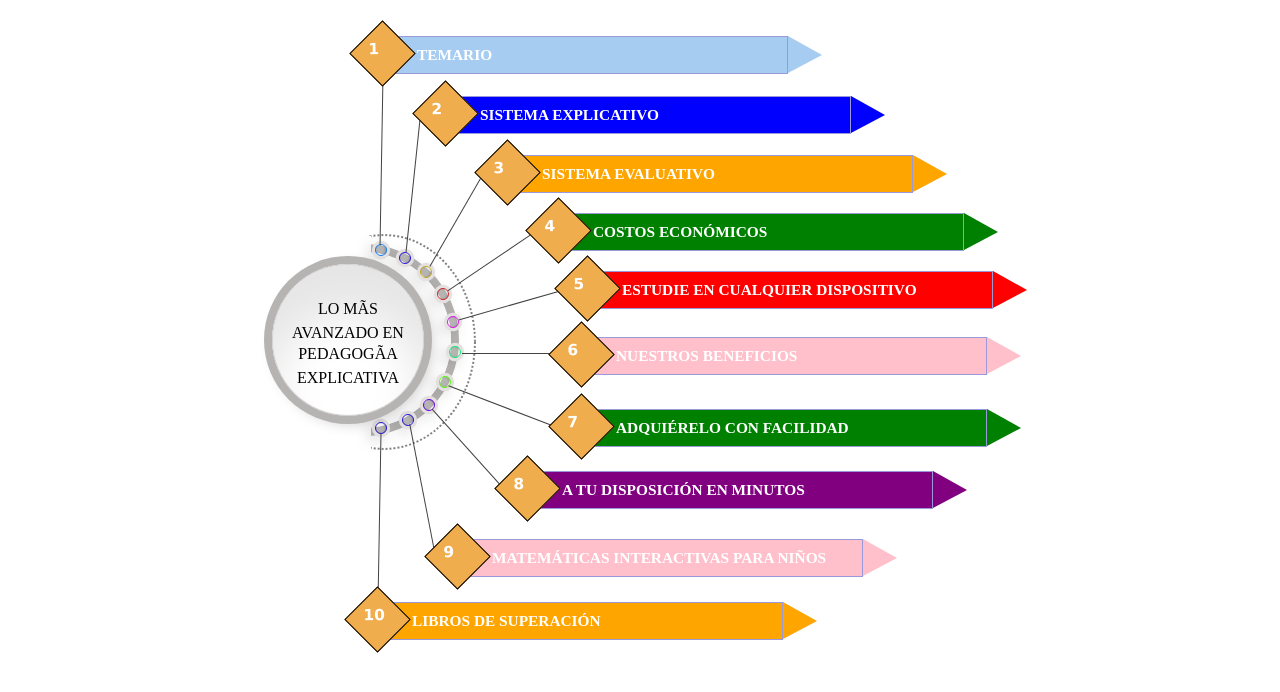
Repository: jennymoreno94/Menu
Page: index.html
An editor plug-in stored every save of this project. The page is shown before and after the next save, followed by the edit.
The browser window is 1280 px wide. The pictures show the whole page.

Above is the page before, as saved 2021-08-01 22:20:41.

After the next save:
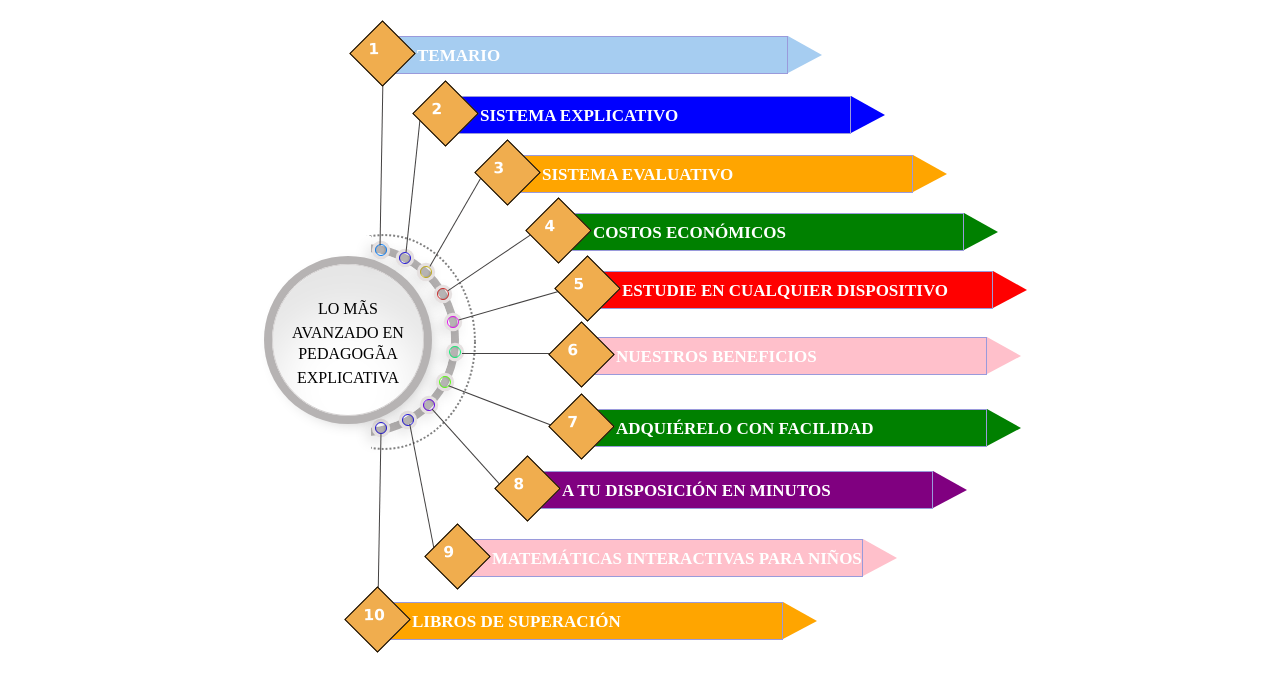
Saved 2 min 38 s later.
--- a/estilo.css
+++ b/estilo.css
@@ -210,7 +210,7 @@ p {
 .texto {
     margin-left: 30px;
     margin-top: 9px;
-    font-size: 1.2vw;
+    font-size: 17px;
     color: white;
 
 }
